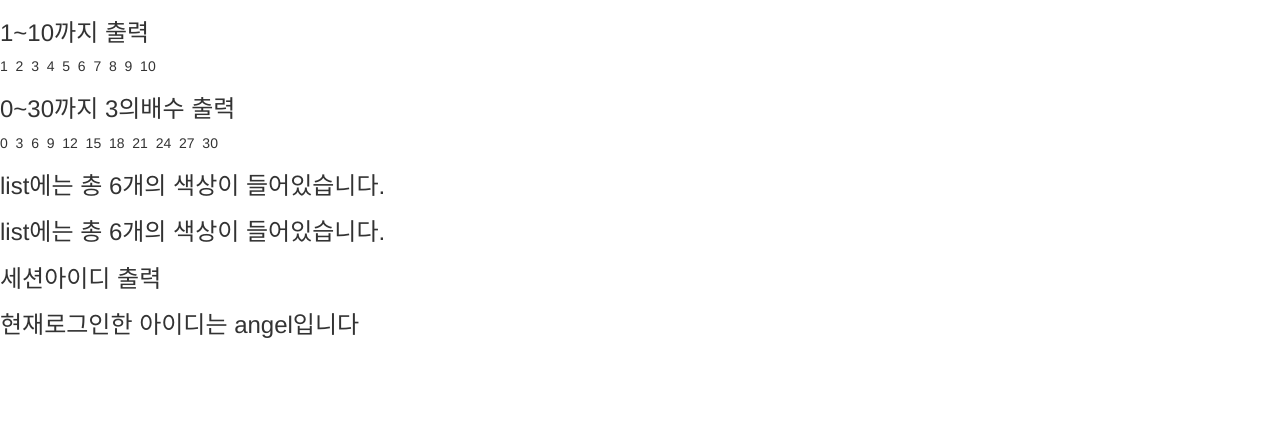
Repository: jungbee2/jungproject
Page: http://localhost/JstlProject/day0330/ex5_foreach.jsp
These files come from the project's save history. The page is drawn as it stood at one moment and after the next save; the edit follows.
The browser window is 1280 px wide. The pictures show the whole page.
Some web fonts or font styles are not loaded; a fallback is used. The page is served by Tomcat 9. Other server files are loaded and not shown.

Above is the page before, as saved 2023-03-30 02:28:18.

### JstlProject/src/main/webapp/day0330/ex5_foreach.jsp
<%@page import="java.util.List"%>
<%@page import="java.util.ArrayList"%>
<%@ page language="java" contentType="text/html; charset=utf-8"
	pageEncoding="utf-8"%>
<%@ taglib uri="http://java.sun.com/jsp/jstl/core" prefix="c"%>
<%@ taglib uri="http://java.sun.com/jsp/jstl/fmt" prefix="fmt"%>
<!DOCTYPE html>
<html>
<head>
<meta charset="utf-8">
<title>Insert title here</title>

<link
	href="https://fonts.googleapis.com/css2?family=Anton&family=Edu+VIC+WA+NT+Beginner:wght@600&family=Gamja+Flower&family=Single+Day&family=Jua&family=Nanum+Pen+Script&display=swap"
	rel="stylesheet">
<link rel="stylesheet"
	href="https://maxcdn.bootstrapcdn.com/bootstrap/3.4.1/css/bootstrap.min.css">
<script src="https://code.jquery.com/jquery-3.6.3.js"></script>

</head>

<body>
<%
	List<String> list=new ArrayList<>();

	list.add("red");
	list.add("green");
	list.add("orange");
	list.add("magenta");
	list.add("gray");
	list.add("pink");

	request.setAttribute("list", list);
	request.setAttribute("total", list.size());

	//세션에 저장
	session.setAttribute("id", "angel");

%>

<h3>1~10까지 출력</h3>
<c:forEach var="a" begin="1" end="10">
	${a }&nbsp;
</c:forEach>

<h3>0~30까지 3의배수 출력</h3>
<c:forEach var="a" begin="0" end="30" step="3">
	${a }&nbsp;
</c:forEach>

<!-- requestScope 생략가능 -->
<h3>list에는 총 ${requestScope.total }개의 색상이 들어있습니다.</h3>
<h3>list에는 총 ${total }개의 색상이 들어있습니다.</h3>

<h3>세션아이디 출력</h3>
<h3>현재로그인한 아이디는 ${sessionScope.id }입니다</h3>
</body>
</html>

After the next save:
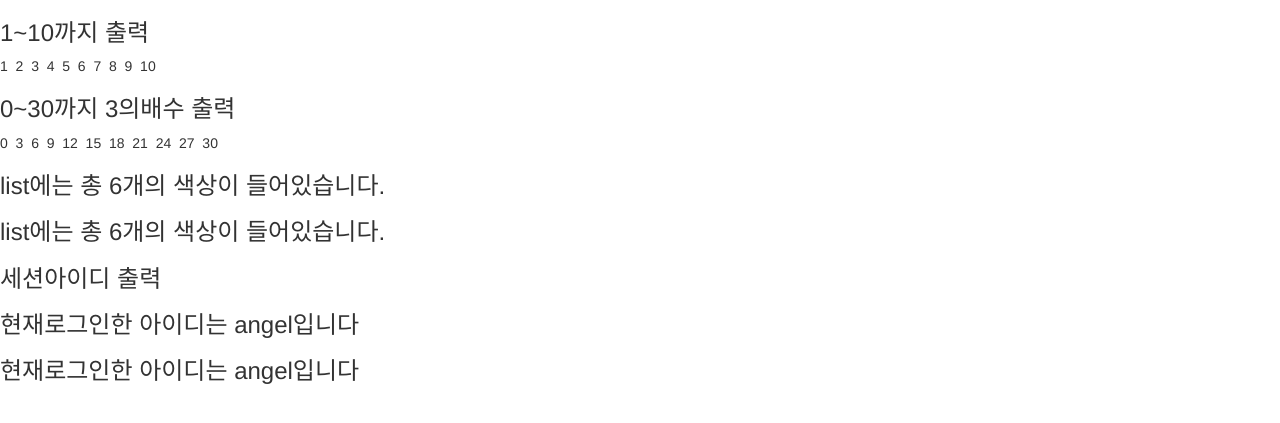
Saved 8 s later.
--- a/JstlProject/src/main/webapp/day0330/ex5_foreach.jsp
+++ b/JstlProject/src/main/webapp/day0330/ex5_foreach.jsp
@@ -54,5 +54,6 @@
 
 <h3>세션아이디 출력</h3>
 <h3>현재로그인한 아이디는 ${sessionScope.id }입니다</h3>
+<h3>현재로그인한 아이디는 ${sessionScope.id }입니다</h3>
 </body>
 </html>
